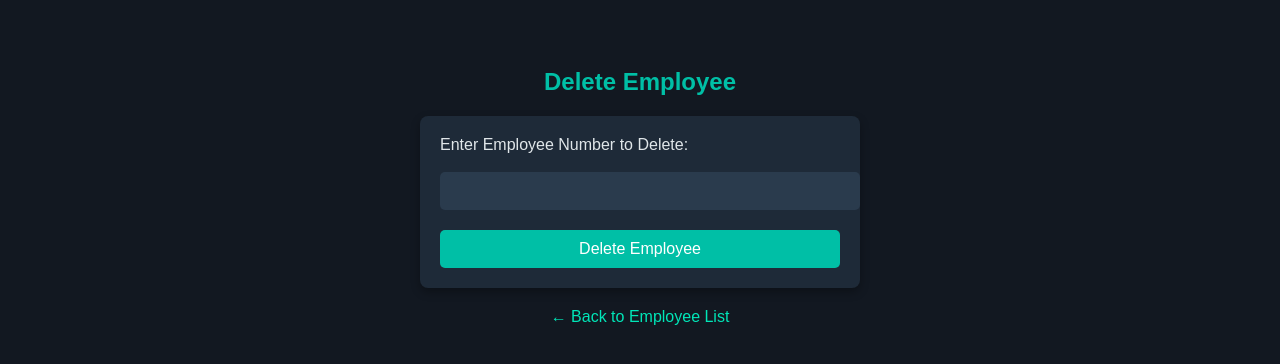
Repository: KUSUMA-74/Advance-JavaProject
Page: http://localhost/EmployeeWebApp/empdelete.jsp
An editor plug-in stored every save of this project. The page is shown before and after the next save, followed by the edit.
The browser window is 1280 px wide. The pictures show the whole page.
The page is served by Tomcat 9. Other server files are loaded and not shown.

Above is the page before, as saved 2025-05-30 15:16:55.

### EmployeeWebApp/src/main/webapp/empdelete.jsp
<%@ page contentType="text/html;charset=UTF-8" language="java" %>
<!DOCTYPE html>
<html>
<head>
    <title>Delete Employee</title>
    <style>
        body {
            background-color: #121821;
            font-family: Arial, sans-serif;
            color: #e0e6e9;
            display: flex;
            flex-direction: column;
            align-items: center;
            padding: 40px;
        }
        h2 {
            color: #00bfa6;
        }
        form {
            background-color: #1e2a38;
            padding: 20px;
            border-radius: 8px;
            width: 400px;
            box-shadow: 0 4px 10px rgba(0,0,0,0.3);
        }
        label {
            display: block;
            margin-bottom: 8px;
            font-size: 16px;
        }
        input[type="number"], input[type="submit"] {
            width: 100%;
            padding: 10px;
            margin-top: 10px;
            border: none;
            border-radius: 5px;
            font-size: 16px;
        }
        input[type="number"] {
            background-color: #2a3b4d;
            color: #e0e6e9;
        }
        input[type="submit"] {
            background-color: #00bfa6;
            color: white;
            cursor: pointer;
            margin-top: 20px;
        }
        a {
            margin-top: 20px;
            display: inline-block;
            color: #00e6b8;
            text-decoration: none;
        }
        p {
            margin-top: 20px;
            font-size: 16px;
        }
    </style>
</head>
<body>
    <h2>Delete Employee</h2>

    <form action="DeleteEmployeeServlet" method="get">
        <label>Enter Employee Number to Delete:</label>
        <input type="number" name="empno" required />
        <input type="submit" value="Delete Employee" />
    </form>

    <a href="empdisplay.jsp">← Back to Employee List</a>

    <% String message = request.getParameter("message");
       String error = request.getParameter("error");
       if (message != null) { %>
         <p style="color: #00e676;"><%= message %></p>
    <% } else if (error != null) { %>
         <p style="color: #ff5252;"><%= error %></p>
    <% } %>
</body>
</html>

After the next save:
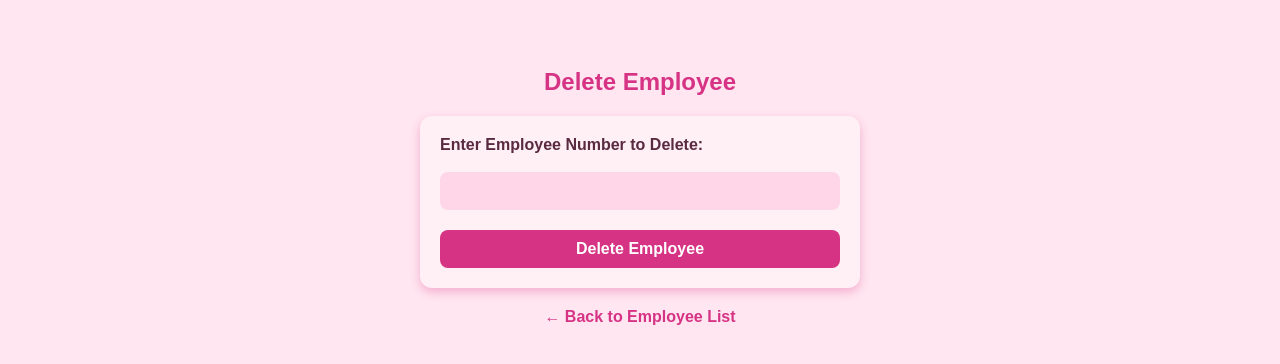
Saved 46 s later.
--- a/EmployeeWebApp/src/main/webapp/empdelete.jsp
+++ b/EmployeeWebApp/src/main/webapp/empdelete.jsp
@@ -5,56 +5,74 @@
     <title>Delete Employee</title>
     <style>
         body {
-            background-color: #121821;
+            background-color: #ffe6f0;
             font-family: Arial, sans-serif;
-            color: #e0e6e9;
+            color: #5a2a41;
             display: flex;
             flex-direction: column;
             align-items: center;
             padding: 40px;
         }
         h2 {
-            color: #00bfa6;
+            color: #d63384;
         }
         form {
-            background-color: #1e2a38;
+            background-color: #fff0f5;
             padding: 20px;
-            border-radius: 8px;
+            border-radius: 12px;
             width: 400px;
-            box-shadow: 0 4px 10px rgba(0,0,0,0.3);
+            box-shadow: 0 4px 10px rgba(214, 51, 132, 0.3);
         }
         label {
             display: block;
             margin-bottom: 8px;
             font-size: 16px;
+            font-weight: 600;
         }
         input[type="number"], input[type="submit"] {
             width: 100%;
             padding: 10px;
             margin-top: 10px;
             border: none;
-            border-radius: 5px;
+            border-radius: 8px;
             font-size: 16px;
+            box-sizing: border-box;
         }
         input[type="number"] {
-            background-color: #2a3b4d;
-            color: #e0e6e9;
+            background-color: #ffd6e8;
+            color: #5a2a41;
         }
         input[type="submit"] {
-            background-color: #00bfa6;
+            background-color: #d63384;
             color: white;
             cursor: pointer;
             margin-top: 20px;
+            font-weight: bold;
+            transition: background-color 0.3s ease;
+        }
+        input[type="submit"]:hover {
+            background-color: #b0266c;
         }
         a {
             margin-top: 20px;
             display: inline-block;
-            color: #00e6b8;
+            color: #d63384;
             text-decoration: none;
+            font-weight: 600;
+        }
+        a:hover {
+            text-decoration: underline;
         }
         p {
             margin-top: 20px;
             font-size: 16px;
+            font-weight: 600;
+        }
+        .message {
+            color: #28a745;
+        }
+        .error {
+            color: #dc3545;
         }
     </style>
 </head>
@@ -69,12 +87,14 @@
 
     <a href="empdisplay.jsp">← Back to Employee List</a>
 
-    <% String message = request.getParameter("message");
+    <%
+       String message = request.getParameter("message");
        String error = request.getParameter("error");
-       if (message != null) { %>
-         <p style="color: #00e676;"><%= message %></p>
+       if (message != null) {
+    %>
+         <p class="message"><%= message %></p>
     <% } else if (error != null) { %>
-         <p style="color: #ff5252;"><%= error %></p>
+         <p class="error"><%= error %></p>
     <% } %>
 </body>
 </html>
